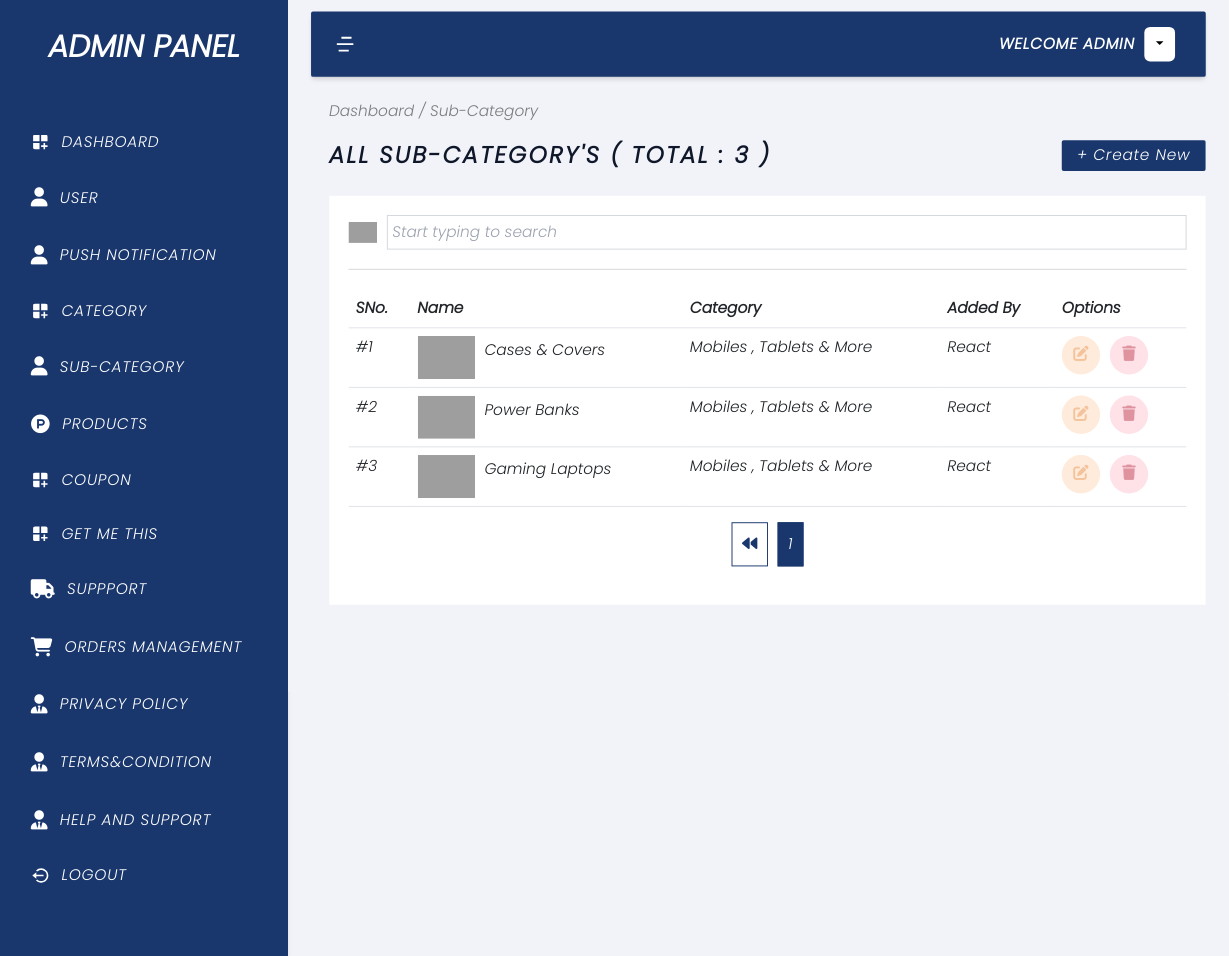
Repository: arpanmalik/project-khanna
Page: /sub-category
The author's editor kept a copy of each file at every save. The page is drawn from the files as they stood at one save, then again after a run of saves.
The browser window is 1280 px wide. The pictures show the whole page, at 96% of full size.
Pictures or frames that could not be fetched are drawn as grey boxes. Some web libraries are served in a nearby version. The project was rebuilt for these pictures with package versions that can differ from the ones it lists, and the page was loaded fresh each time. Also part of the build but not shown: src/E-CommerceAdmin/forms/Login.jsx, src/E-CommerceAdmin/pages/Dashboard.jsx, src/E-CommerceAdmin/pages/ECategory.js, src/E-CommerceAdmin/pages/EProduct.js, src/E-CommerceAdmin/pages/EVendorList.js, src/E-CommerceAdmin/pages/EAdminOrders.js, src/E-CommerceAdmin/pages/EAdminProduct.js, src/E-CommerceAdmin/pages/EAdminDelivery.js and 11 more. Imported but missing from the stored project, and not drawn on this page: src/E-CommerceAdmin/pages/Component/SpinnerComp, src/E-CommerceVendor/forms/EVendorLogin, src/E-CommerceVendor/pages/EVCategory, src/E-CommerceVendor/pages/EVCoupon, src/E-CommerceVendor/pages/EVDashboard, src/E-CommerceVendor/pages/EVOrders, src/E-CommerceVendor/pages/EVProduct, src/E-CommerceVendor/pages/EVSubCategory.

Above is the page before, as saved 2023-05-16 15:53:02.

### public/index.html
<!-- @format -->

<!DOCTYPE html>
<html lang="en">
  <head>
    <meta charset="utf-8" />
    <meta name="viewport" content="width=device-width, initial-scale=1" />
    <meta name="theme-color" content="#000000" />
    <meta
      name="description"
      content="Web site created using create-react-app"
    />
    <link rel="manifest" href="%PUBLIC_URL%/manifest.json" />
    <link rel="preconnect" href="https://fonts.googleapis.com">
<link rel="preconnect" href="https://fonts.gstatic.com" crossorigin>
<link href="https://fonts.googleapis.com/css2?family=Roboto+Mono:ital,wght@1,300&display=swap" rel="stylesheet">
    <title>Admin Panel</title>
  </head>
  <body>
    <noscript>You need to enable JavaScript to run this app.</noscript>
    <div id="root"></div>
    <script src="https://code.jquery.com/jquery-3.6.0.min.js"></script>
    <script src="https://kit.fontawesome.com/b533b351e4.js" crossorigin="anonymous"></script>
  </body>
</html>

### src/E-CommerceAdmin/pages/EAdminCustomer.js
/** @format */

import React, { useEffect, useState } from "react";
import HOC from "../layout/HOC";
import { Table, Modal, Form, Button, Alert } from "react-bootstrap";

const EAdminCustomer = () => {
  const [modalShow, setModalShow] = React.useState(false);
  const [edit, setEdit] = useState("");

  const data = [
    {
      name: "Cases & Covers",
      image: "https://images-eu.ssl-images-amazon.com/images/G/31/img22/WLA/2023/MayART23/cases23/D81172593_IN_WLA_Cases_and_covers_BAU_header_1500.jpg",
      added: "React",
      category : "Mobiles , Tablets & More"
    },

    {
      name: "Power Banks",
      image: "https://m.media-amazon.com/images/G/31/img22/WLA/Powerbanks_revamp/brand-tile._CB593751209_.jpg",
      added: "React",
      category : "Mobiles , Tablets & More"
    },

    {
      name: "Gaming Laptops",
      image: "https://m.media-amazon.com/images/I/41BbNCXPYKL._SX300_SY300_QL70_FMwebp_.jpg",
      added: "React",
      category : "Mobiles , Tablets & More"
    },

  ];
  // Pagination and Filter
  const [query, setQuery] = useState("");
  const [currentPage2, setCurrentPage2] = useState(1);
  const [postPerPage2] = useState(10);
  const lastPostIndex2 = currentPage2 * postPerPage2;
  const firstPostIndex2 = lastPostIndex2 - postPerPage2;

  let pages2 = [];

  const TotolData = query
    ? data?.filter(
        (i) =>
          i?.name?.toLowerCase().includes(query?.toLowerCase()) ||
          i?.email?.toLowerCase().includes(query?.toLowerCase())
      )
    : data;

  useEffect(() => {
    if (query) {
      setCurrentPage2(1);
    }
  }, [query]);

  const slicedData = TotolData?.slice(firstPostIndex2, lastPostIndex2);

  for (let i = 1; i <= Math.ceil(TotolData?.length / postPerPage2); i++) {
    pages2.push(i);
  }

  function Next() {
    setCurrentPage2(currentPage2 + 1);
  }

  function Prev() {
    if (currentPage2 !== 1) {
      setCurrentPage2(currentPage2 - 1);
    }
  }

  function MyVerticallyCenteredModal(props) {
    return (
      <Modal
        {...props}
        size="lg"
        aria-labelledby="contained-modal-title-vcenter"
        centered
      >
        <Modal.Header closeButton>
          <Modal.Title id="contained-modal-title-vcenter">
            {" "}
            {edit ? "Edit Category" : " Create New Category"}
          </Modal.Title>
        </Modal.Header>
        <Modal.Body>
          <Form>
            <Form.Group className="mb-3">
              <Form.Label>Image</Form.Label>
              <Form.Control type="file" required />
            </Form.Group>
            <Form.Group className="mb-3">
              <Form.Label>Name</Form.Label>
              <Form.Control type="text" required />
            </Form.Group>

            <Button
              style={{ backgroundColor: "#19376d", borderRadius: "0" }}
              type="submit"
            >
              Submit
            </Button>
          </Form>
        </Modal.Body>
      </Modal>
    );
  }

  return (
    <>
      <MyVerticallyCenteredModal
        show={modalShow}
        onHide={() => setModalShow(false)}
      />

      <section>
        <p className="headP">Dashboard / Sub-Category</p>
        <div
          className="pb-4   w-full flex justify-between items-center"
          style={{ width: "98%", marginLeft: "2%" }}
        >
          <span
            className="tracking-widest text-slate-900 font-semibold uppercase"
            style={{ fontSize: "1.5rem" }}
          >
            All Sub-Category's ( Total : {data?.length} )
          </span>
          <button
            onClick={() => {
              setEdit(false);
              setModalShow(true);
            }}
            className="md:py-2 px-3 md:px-4 py-1 rounded-sm bg-[#19376d] text-white tracking-wider"
          >
            + Create New
          </button>
        </div>

        <section className="sectionCont">
          {data?.length === 0 || !data ? (
            <Alert>Sub-Categories Not Found</Alert>
          ) : (
            <>
              <div className="filterBox">
                <img
                  src="https://t4.ftcdn.net/jpg/01/41/97/61/360_F_141976137_kQrdYIvfn3e0RT1EWbZOmQciOKLMgCwG.jpg"
                  alt=""
                />
                <input
                  type="search"
                  placeholder="Start typing to search"
                  onChange={(e) => setQuery(e.target.value)}
                />
              </div>

              <div className="overFlowCont">
                <Table>
                  <thead>
                    <tr>
                      <th>SNo.</th>
                      <th>Name</th>
                      <th>Category</th>
                      <th>Added By</th>
                      <th>Options</th>
                    </tr>
                  </thead>
                  <tbody>
                    {slicedData?.map((i, index) => (
                      <tr key={index}>
                        <td>#{index + 1} </td>
                        <td>
                          <span className="flexCont">
                            <img src={i.image} alt="" />
                            <p> {i.name} </p>
                          </span>
                        </td>
                        <td>{i.category} </td>
                        <td>{i.added} </td>
                        <td>
                          {" "}
                          <span className="flexCont">
                            <i
                              className="fa-solid fa-pen-to-square "
                              onClick={() => {
                                setEdit(true);
                                setModalShow(true);
                              }}
                            ></i>
                            <i className="fa-sharp fa-solid fa-trash"></i>
                          </span>
                        </td>
                      </tr>
                    ))}
                  </tbody>
                </Table>

                <div className="pagination">
                  <button onClick={() => Prev()} className="prevBtn">
                    <i className="fa-solid fa-backward"></i>
                  </button>
                  {currentPage2 === 1 ? (
                    ""
                  ) : (
                    <button onClick={() => setCurrentPage2(1)}>1</button>
                  )}

                  {pages2
                    ?.slice(currentPage2 - 1, currentPage2 + 3)
                    .map((i, index) =>
                      i === pages2?.length ? (
                        ""
                      ) : (
                        <button
                          key={index}
                          onClick={() => setCurrentPage2(i)}
                          className={currentPage2 === i ? "activePage" : ""}
                        >
                          {" "}
                          {i}{" "}
                        </button>
                      )
                    )}

                  <button
                    onClick={() => setCurrentPage2(pages2?.length)}
                    className={
                      currentPage2 === pages2?.length ? "activePage" : ""
                    }
                  >
                    {" "}
                    {pages2?.length}{" "}
                  </button>

                  {currentPage2 === pages2?.length ? (
                    ""
                  ) : (
                    <button onClick={() => Next()} className="nextBtn">
                      {" "}
                      <i className="fa-sharp fa-solid fa-forward"></i>
                    </button>
                  )}
                </div>
              </div>
            </>
          )}
        </section>
      </section>
    </>
  );
};

export default HOC(EAdminCustomer);

### src/E-CommerceAdmin/layout/HOC.jsx
/** @format */

import React, { useState } from "react";
import Navbar from "./Navbar";
import Sidebar from "./Sidebar";

const HOC = (Wcomponenet) => {
  return function Component() {
    const [hamb, setHamb] = useState(false);
    return (
      <>
        <section
          className="flex overflow-x-hidden relative "
          style={{ backgroundColor: "#f2f3f8" }}
        >
          {/* Sidebar */}
          <div
            className={
              hamb
                ? " absolute top-0 z-30 md:w-auto shadow-md bg-slate-200  w-60 transition-all md:-left-full left duration-150  h-auto overflow-y-auto  left-0 "
                : " md:w-72 z-30 bg-slate-200  shadow-md  md:static absolute top-0 -left-full   transition-all duration-150  overflow-y-auto h-auto"
            }
            style={{ minWidth: "300px" }}
          >
            <Sidebar hamb={hamb} setHamb={setHamb} />
          </div>
          {/* Components & Navbar */}
          <div
            className={
              hamb
                ? " transition-all px-4 py-2  duration-150 w-full h-screen"
                : " w-full h-screen  px-4 py-2   z-50 transition-all duration-150 "
            }
            style={{ backgroundColor: "#f2f3f8" }}
          >
            <Navbar hamb={hamb} setHamb={setHamb} />
            <div className="my-6 text-#000 h-[87%] wcomp overflow-y-auto">
              {" "}
              <Wcomponenet />
            </div>
          </div>
        </section>
      </>
    );
  };
};

export default HOC;

### src/E-CommerceAdmin/layout/Navbar.jsx
/** @format */
import { RiMenu4Line } from "react-icons/ri";
import Dropdown from "react-bootstrap/Dropdown";
import { UpdateProfile } from "../../Modals";
import { useState } from "react";
import { useNavigate } from "react-router-dom";
import { toast } from "react-toastify";

const Navbar = ({ hamb, setHamb }) => {
  const [modalShow, setModalShow] = useState(false);
  const navigate = useNavigate();

  function LogOut () {
    navigate('/')
    toast.success("Logged Out")
  }

  return (
    <>
      <UpdateProfile show={modalShow} onHide={() => setModalShow(false)} />
      <div
        className={
          hamb
            ? "flex  w-full justify-between  my-1 rounded-sm  p-4 py-3 shadow-md items-center  bg-slate-200 space-x-4"
            : "flex  w-full justify-between my-1 rounded-sm  p-4 py-3 shadow-md items-center  bg-slate-200 space-x-4"
        }
        style={{ backgroundColor: "#19376d" }}
      >
        <RiMenu4Line
          onClick={() => setHamb(!hamb)}
          className="text-2xl font-bold text-gray-900 hover:scale-90 cursor-pointer"
          style={{ color: "#fff" }}
        />

        <section className="flex sm:ml-auto justify-end sm:w-full items-center space-x-2  pr-2">
          <figcaption
            className="tracking-wider pl-1 font-semibold d-flex"
            style={{ gap: "10px", alignItems: "center" }}
          >
            <div
              className="lg:text-base text-sm text-gray-900  uppercase"
              style={{ color: "#fff" }}
            >
              Welcome Admin
            </div>
            <Dropdown>
              <Dropdown.Toggle id="dropdown-basic"></Dropdown.Toggle>

              <Dropdown.Menu>
                <Dropdown.Item onClick={() => setModalShow(true)}>
                  Update Profile <i className="fa-solid fa-user"></i>{" "}
                </Dropdown.Item>
                <Dropdown.Item onClick={() => LogOut()} >
                  Logout <i className="fa-solid fa-right-from-bracket"></i>{" "}
                </Dropdown.Item>
              </Dropdown.Menu>
            </Dropdown>
          </figcaption>
        </section>
      </div>
    </>
  );
};

export default Navbar;

### src/E-CommerceAdmin/layout/Sidebar.jsx
/** @format */

import React from "react";
import { RiCloseLine } from "react-icons/ri";
import { Link, useNavigate } from "react-router-dom";
import { BiLogOutCircle } from "react-icons/bi";
import { MdDashboardCustomize } from "react-icons/md";

const Sidebar = ({ hamb, setHamb }) => {
  const navigate = useNavigate();

  const nav = [
    {
      icon: <MdDashboardCustomize className="text-xl mr-3 rounded-full " />,
      link: "/dashboard ",
      name: "Dashboard",
    },
    {
      icon: <i className="fa-solid fa-user text-xl mr-3 rounded-full"></i>,
      link: "/Admin",
      name: "User",
    },
    {
      icon: <i className="fa-solid fa-user text-xl mr-3 rounded-full"></i>,
      link: "/pushNotification",
      name: "Push Notification",
    },  {
      icon: <MdDashboardCustomize className="text-xl mr-3 rounded-full " />,
      link: "/Category",
      name: "Category",
    },

    {
      icon: <i className="fa-solid fa-user text-xl mr-3 rounded-full"></i>,
      link: "/sub-category",
      name: "Sub-Category",
    },


    {
      icon: (
        <i className="fa-brands fa-product-hunt text-xl mr-3 rounded-full"></i>
      ),
      link: "/Product",
      name: "Products",
    },





    {
      icon: <MdDashboardCustomize className="text-xl mr-3 rounded-full " />,
      link: "/coupon",
      name: "Coupon",
    },
    {
      icon: <MdDashboardCustomize className="text-xl mr-3 rounded-full " />,
      link: "/getMeThis",
      name: "Get Me This",
    },
    {
      icon: <i className="fa-solid fa-truck  text-xl mr-3 rounded-full"></i>,
      link: "/Support",
      name: "Suppport",
    },
    {
      icon: (
        <i className="fa-solid fa-cart-shopping text-xl mr-3 rounded-full"></i>
      ),
      link: "/Orders",
      name: "Orders Management",
    },

    {
      icon: <i className="fa-solid fa-user-tie text-xl mr-3 rounded-full"></i>,
      link: "/privacy",
      name: "Privacy Policy",
    },
    {
      icon: <i className="fa-solid fa-user-tie text-xl mr-3 rounded-full"></i>,
      link: "/terms",
      name: "Terms&Condition",
    },
    // {
    //   icon: <i className="fa-solid fa-user-tie text-xl mr-3 rounded-full"></i>,
    //   link: "/helpSupport",
    //   name: "Help and Support",
    // },
    {
      icon: <i className="fa-solid fa-user-tie text-xl mr-3 rounded-full"></i>,
      link: "/complaints",
      name: "Help and Support",
    },
  ];

  const logOut = () => {
    localStorage.clear()
    navigate("/");
  };

  return (
    <>
      <aside
        className="p-4 h-auto"
        style={{ backgroundColor: "#19376d", minHeight: "100vh" }}
      >
        {/* Top */}
        <div className="w-full md:hidden relative  p-2 mb-4">
          <RiCloseLine
            onClick={() => setHamb(!hamb)}
            className="text-3xl  absolute top-2 sm:hover:rotate-[228deg] transition-transform font-bold right-2 sm:hover:text-[22px] text-[rgb(241,146,46)] cursor-pointer"
          />
        </div>{" "}
        <figure className="flex  flex-col items-center">
          <span
            className="font-bold text-[#fff]"
            style={{
              fontSize: "2rem",
              textAlign: "center",
              textTransform: "uppercase",
            }}
          >
            {" "}
            ADMIN PANEL
          </span>
        </figure>
        <nav className="py-6">
          {nav.map((nav) => {
            return (
              <Link
                to={nav.link}
                key={nav.name}
                className=""
                style={{ textDecoration: "none", textTransform: "uppercase" }}
              >
                <span
                  className="flex my-3 items-center cursor-pointer text-gray-900    tracking-wider p-2 rounded-sm"
                  style={{ color: "#FFF" }}
                >
                  {nav.icon} {nav.name}
                </span>
              </Link>
            );
          })}
          <span
            className="flex my-3 items-center cursor-pointer text-gray-900    tracking-wider p-2 rounded-sm"
            onClick={() => logOut()}
            style={{ color: "#FFF", textTransform: "uppercase" }}
          >
            <BiLogOutCircle className="text-xl mr-3 rounded-full " /> LogOut
          </span>
        </nav>
      </aside>
    </>
  );
};

export default Sidebar;

Loaded but not shown: tailwind.config.js (common file); src/App.js (92 lines, source omitted); src/Modals.js (41 lines, source omitted); src/index.js (15 lines, source omitted); src/index.css (504 lines, source omitted)

After the next 2 saves:
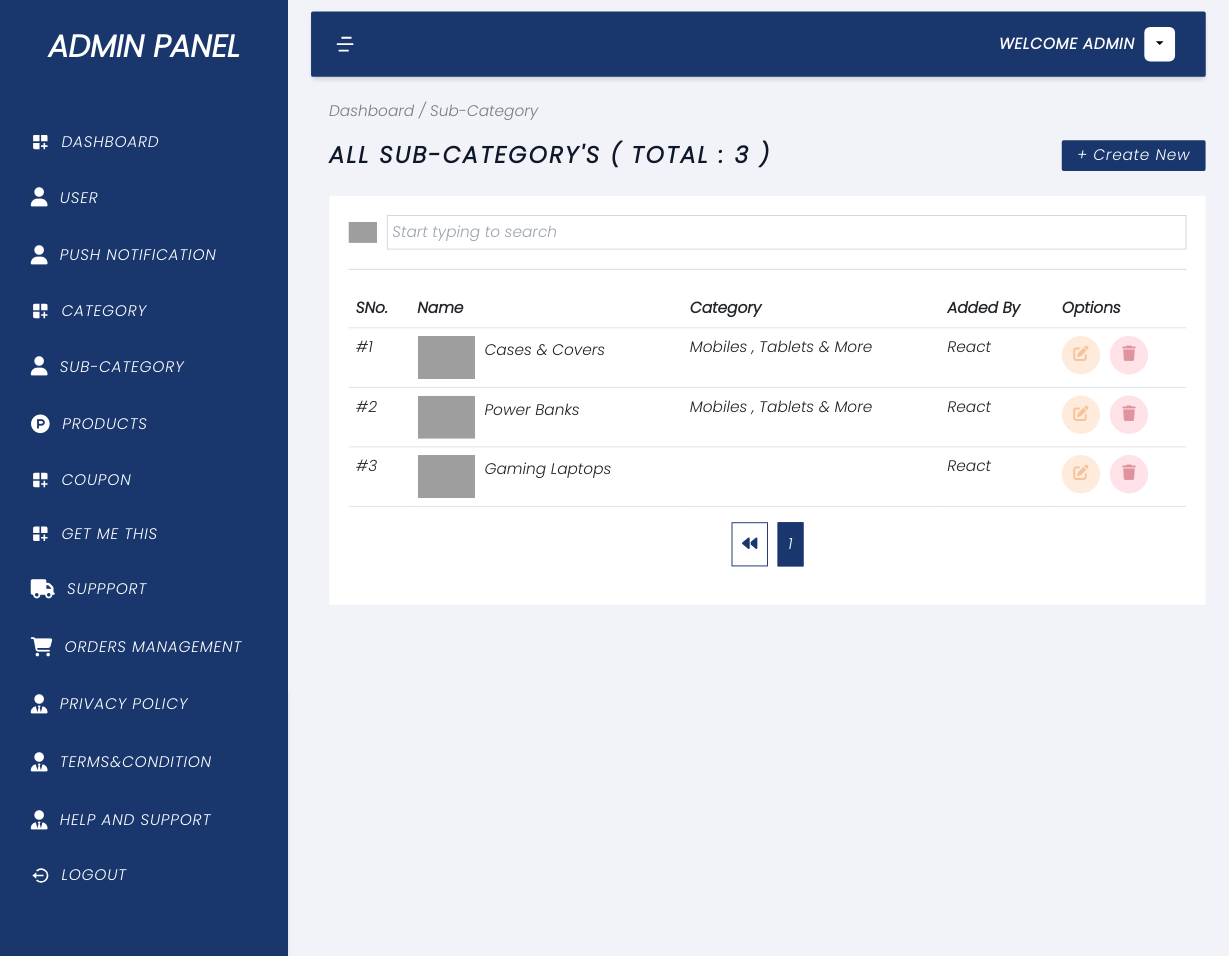
The 2 saves are shown as one change because they came seconds apart.
The last was saved 8 s later.
--- a/src/E-CommerceAdmin/pages/EAdminCustomer.js
+++ b/src/E-CommerceAdmin/pages/EAdminCustomer.js
@@ -27,7 +27,7 @@ const EAdminCustomer = () => {
       name: "Gaming Laptops",
       image: "https://m.media-amazon.com/images/I/41BbNCXPYKL._SX300_SY300_QL70_FMwebp_.jpg",
       added: "React",
-      category : "Mobiles , Tablets & More"
+      category : ""
     },
 
   ];
